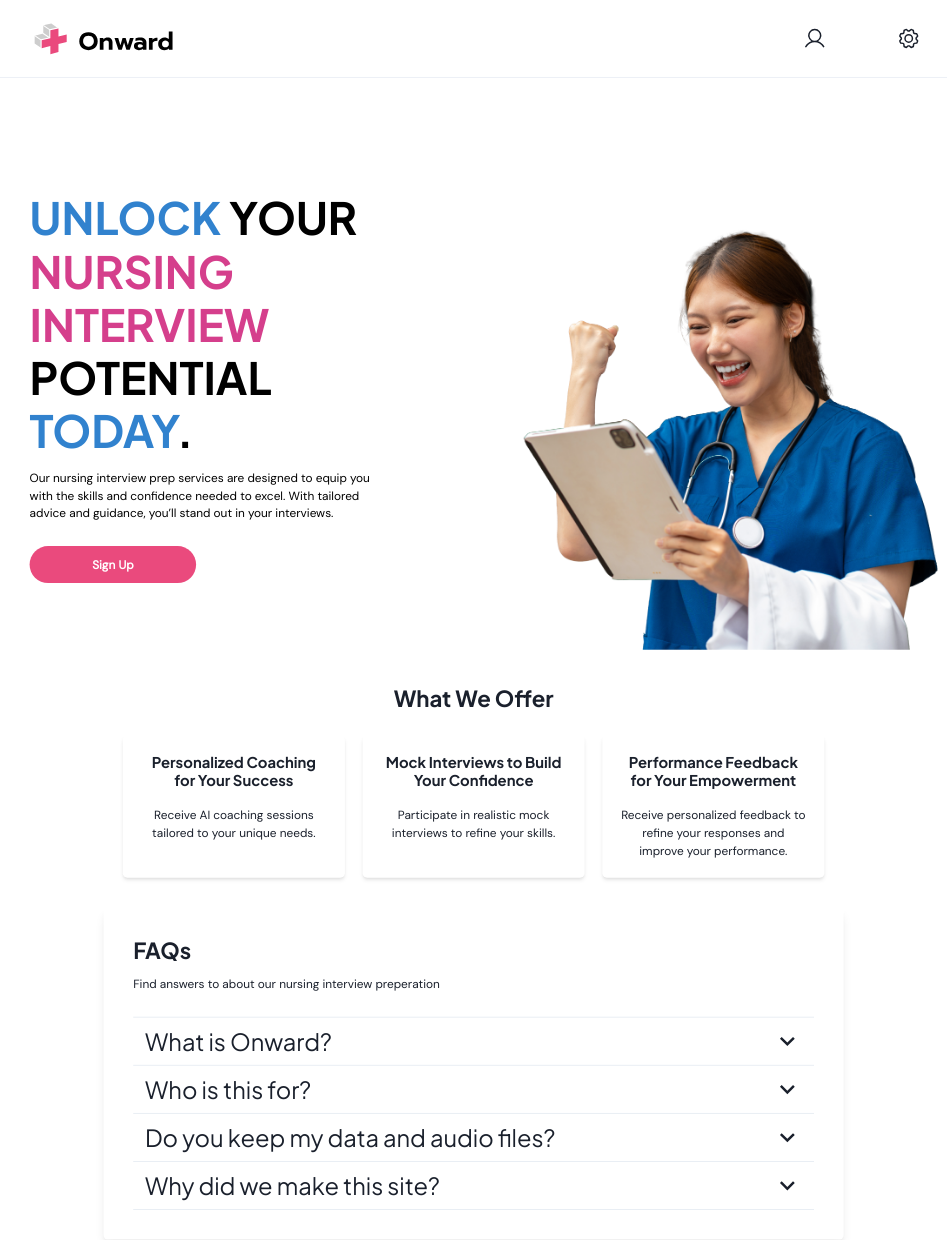
Repository: Aladdin3r/onward
Page: /landing-page
The author's editor kept a copy of each file at every save. The page is drawn from the files as they stood at one save, then again after the next save.
The browser window is 1280 px wide. The pictures show the whole page, at 74% of full size.
The project was rebuilt for these pictures with package versions that can differ from the ones it lists, and the page was loaded fresh each time. The framework's server and built-in components were replaced by stand-ins that run in the browser. Also part of the build but not shown: next.config.mjs, styles/components/AppTopNav.js, styles/components/Layout.js.

Above is the page before, as saved 2024-10-29 02:33:27.

### pages/_app.js
import { ChakraProvider } from "@chakra-ui/react";
import theme from "@/styles/theme";

function MyApp({ Component, pageProps }) {
  return (
    <ChakraProvider theme={theme}>
      <Component {...pageProps} />
    </ChakraProvider>
  );
}

export default MyApp;

### pages/_document.js
import { Html, Head, Main, NextScript } from "next/document";

export default function Document() {
  return (
    <Html lang="en">
      <Head>
        <link
          href="https://fonts.googleapis.com/css2?family=DM+Sans:wght@400&family=Plus+Jakarta+Sans:wght@400;600;700&display=swap"
          rel="stylesheet"
        />
      </Head>
      <body>
        <Main />
        <NextScript />
      </body>
    </Html>
  );
}

### pages/landing-page.js
import {
    Box,
    Flex,
    Heading,
    Text,
    Stack,
    Button,
    Accordion,
    AccordionItem,
    AccordionButton,
    AccordionPanel,
    AccordionIcon,
    Image
} from "@chakra-ui/react";
import Layout from "@/styles/components/Layout";
import TopNav from "@/styles/components/TopNav";
import AppTopNav from "@/styles/components/AppTopNav";
import { useRouter } from 'next/router';

export default function Home() {
    const router = useRouter();

    // Button action function
    const handleSignUp = () => {
        router.push('/signup'); // Navigate to the sign-up page
    };

    return (
        <>
            {/* Hero Section */}
            <TopNav />

                <Flex
                    mt="5rem"
                    p={2}
                    width="100%"
                    mb={0}
                    flexDirection="row"
                    alignItems="center"
                    justifyContent="space-between"
                    gap="2rem"  // Adds a gap between text and image
                >

                    <Flex
                        flexDirection="column" zIndex={1}
                        ml="8"
                    >
                        <Heading
                            fontFamily="heading"
                            fontSize="6xl"
                            fontWeight="bold"
                            width="88%"
                            mb={4}
                        >
                            <Text as="span" color="blue.500">UNLOCK </Text>
                            <Text as="span" color="black">YOUR </Text>
                            <Text as="span" color="pink.500">NURSING INTERVIEW </Text>
                            <Text as="span" color="black">POTENTIAL </Text>
                            <Text as="span" color="blue.500">TODAY</Text>
                            <Text as="span" color="black">. </Text>
                        </Heading>
                        <Text fontFamily="body" fontSize="x" color="black" mb={6} width="78%">
                            Our nursing interview prep services are designed to equip you with the skills and confidence needed to excel. With tailored advice and guidance, you’ll stand out in your interviews.
                        </Text>
                        <Button
                            mt="2"
                            bg="#EA4A7D"
                            color="#FFFFFF"
                            width="50%"
                            height="50px"
                            maxW="225px"
                            fontWeight="semibold"
                            fontSize="16px"
                            borderRadius="full"
                            px="6"
                            mb="6"
                        >
                            Sign Up
                        </Button>
                    </Flex>


                    <Box width="45%" flexShrink={0}>
                        <Image
                            src="/images/ipad-nurse.png"
                            alt="IPad Nurse"
                            width="100%"
                            height="auto"
                            objectFit="cover"


                        />
                    </Box>


                </Flex>







            {/* What We Offer Section */}
            <Box p={10} textAlign="center" >
                <Heading fontFamily="heading" fontSize="3xl" mb={8}>What We Offer</Heading>
                <Flex justify="center" gap={6}>
                    <Stack width="300px" borderRadius="md" boxShadow="md" p={6} textAlign="center">
                        <Heading fontFamily="heading" fontSize="xl" mb={4}>Personalized Coaching for Your Success</Heading>
                        <Text fontFamily="body">
                            Receive AI coaching sessions tailored to your unique needs.
                        </Text>
                    </Stack>
                    <Stack width="300px" borderRadius="md" boxShadow="md" p={6} textAlign="center">
                        <Heading fontFamily="heading" fontSize="xl" mb={4}>Mock Interviews to Build Your Confidence</Heading>
                        <Text fontFamily="body">
                            Participate in realistic mock interviews to refine your skills.
                        </Text>
                    </Stack>
                    <Stack width="300px" borderRadius="md" boxShadow="md" p={6} textAlign="center">
                        <Heading fontFamily="heading" fontSize="xl" mb={4}>Performance Feedback for Your Empowerment</Heading>
                        <Text fontFamily="body">
                            Receive personalized feedback to refine your responses and improve your performance.
                        </Text>
                    </Stack>
                </Flex>
            </Box>

            {/* FAQ Section */}
            <Box p={10} borderRadius="md" boxShadow="lg" maxW="1000px" mx="auto">
                <Heading fontFamily="heading" fontSize="3xl" textAlign="left" mb={4}>FAQs</Heading>
                <Text fontFamily="body" fontSize="s" textAlign="left" mb={8}>
                    Find answers to about our nursing interview preperation
                </Text>
                <Accordion allowToggle>
                    <AccordionItem>
                        <h2>
                            <AccordionButton>
                                <Box as="span" flex="1" textAlign="left" fontFamily="heading">What is Onward?</Box>
                                <AccordionIcon />
                            </AccordionButton>
                        </h2>
                        <AccordionPanel pb={4} fontFamily="body">
                            Onward is an AI-powered personal interview coach designed for nurses to enhance their job interview skills.
                        </AccordionPanel>
                    </AccordionItem>
                    <AccordionItem>
                        <h2>
                            <AccordionButton>
                                <Box as="span" flex="1" textAlign="left" fontFamily="heading">Who is this for?</Box>
                                <AccordionIcon />
                            </AccordionButton>
                        </h2>
                        <AccordionPanel pb={4} fontFamily="body">
                            This service is designed for nurses, especially those new to the Canadian healthcare system.
                        </AccordionPanel>
                    </AccordionItem>
                    <AccordionItem>
                        <h2>
                            <AccordionButton>
                                <Box as="span" flex="1" textAlign="left" fontFamily="heading">Do you keep my data and audio files?</Box>
                                <AccordionIcon />
                            </AccordionButton>
                        </h2>
                        <AccordionPanel pb={4} fontFamily="body">
                            Yes, we securely store data as per our privacy policy to enhance your interview coaching experience.
                        </AccordionPanel>
                    </AccordionItem>
                    <AccordionItem>
                        <h2>
                            <AccordionButton>
                                <Box as="span" flex="1" textAlign="left" fontFamily="heading">Why did we make this site?</Box>
                                <AccordionIcon />
                            </AccordionButton>
                        </h2>
                        <AccordionPanel pb={4} fontFamily="body">
                            Onward aims to empower nurses by providing interview preparation tools tailored to their needs.
                        </AccordionPanel>
                    </AccordionItem>
                </Accordion>
            </Box>
        </>
    );
}

### styles/theme.js
import { extendTheme } from "@chakra-ui/react";
import { theme as chakraTheme } from "@chakra-ui/react";
import Button from './components/Button';
import { Stepper } from "@chakra-ui/react";

const fonts = {
    ...chakraTheme.fonts,
    body: "DM Sans",
    heading: "Plus Jakarta Sans",
}

const overrides = {
    ...chakraTheme,
    fonts,
    components: {
        Button: {
            ...Button,
        },
    },
    fontWeights: {
        normal: 400,
        medium: 500,
        bold: 700,
    },
    fontSizes: {
        xxs: "14pt",
        xs: "16pt",
        sm: "20pt",
        md: "24pt",
        lg: "32pt",
    },
    colors: {
       brand: {
        blushPink: "#EA4A7D",
        pastelBlue: "#CBD5FF",
        blueberryCreme: "#EBEFFF",
        frostWhite: "#FAFAFA",
        nightBlack: "#1f1f1f",
        platinum: "#e2e2e2",
        confirmationGreen: "#61CD3D",
        imperialRed: "EA4A4D",
        canaryYellow: "#EAE84A",
        oceanBlue: "#214DDF",
        pureWhite: "#FFFFFF"
        }
    },
    styles: {
        global: {
            body: {
                bg: "frostWhite",
            },
        },
    },
}

const customTheme = extendTheme(overrides);

export default customTheme;

### styles/components/TopNav.js
'use client'
import {
    Box,
    Flex,
    useColorModeValue,
    IconButton,
    Image,
    Link,
} from "@chakra-ui/react";
import { User, Gear } from "@phosphor-icons/react";

export default function TopNav() {
    const bgColor = useColorModeValue('#fff', 'brand.nightBlack');

    return (
        <Box bg={bgColor} px={4} borderBottom="1px solid #E6EAF2">
            <Flex h={"104px"} alignItems={'center'} justifyContent={'space-between'}>
                <Box fontSize={{ base: 'md', md: 'lg' }}>
                    <Link href="/">
                        <Image src="logo.svg" boxSize="253px" alt="Onward Logo" style={{ padding: "30px" }} />
                    </Link>
                </Box>
                <Flex alignItems={'center'}>
                    <Link href="/user">
                        <IconButton
                            aria-label="User settings"
                            icon={<User />}
                            variant="ghost"
                            mr="55px"
                        />
                    </Link>
                    <Link href="/settings">
                        <IconButton
                            aria-label="Settings"
                            icon={<Gear />}
                            variant="ghost"
                        />
                    </Link>
                </Flex>
            </Flex>
        </Box>
    );
}

### styles/components/Button.js
const Button = {
    baseStyle: {
      display: 'flex',
      borderRadius: '999px',
      fontFamily: 'DM Sans',
      _hover: {
        boxShadow: '0px 4px 4px 0px rgba(0, 0, 0, 0.45)',
      },
      padding: 3,
    },
    sizes: {
      xs: {
        fontSize: ['12pt', '14pt', '16pt'], // Responsive font sizes for xs
        px: [2, 3], // Responsive padding
      },
      sm: {
        fontSize: ['14pt', '16pt', '20pt'],
        px: [2, 4],
      },
      md: {
        fontSize: ['16pt', '20pt', '24pt'],
        px: [3, 5],
      },
      lg: {
        fontSize: ['20pt', '28pt', '32pt'],
        px: [4, 6],
      },
    },
    variants: {
      lgPrimary: {
        bg: 'brand.blushPink',
        color: 'brand.frostWhite',
        width: ['100%', '325px'], // 100% width on smaller screens
        height: '72px',
        fontSize: ['20pt', '28pt', '32pt'], // Responsive font size
        borderRadius: '999px',
      },
      mdPrimary: {
        bg: 'brand.blushPink',
        color: 'brand.frostWhite',
        width: ['100%', '225px'],
        height: '72px',
        fontSize: ['16pt', '20pt', '24pt'],
        borderRadius: '999px',
      },
      smPrimary: {
        bg: 'brand.blushPink',
        color: 'brand.frostWhite',
        width: ['100%', '150px'],
        height: '64px',
        fontSize: ['14pt', '16pt', '20pt'],
        borderRadius: '999px',
      },
      xsPrimary: {
        bg: 'brand.blushPink',
        color: 'brand.frostWhite',
        width: ['100%', '117px'],
        height: '32px',
        fontSize: ['12pt', '14pt', '18pt'],
        borderRadius: '999px',
      },
      lgSecondary: {
        bg: 'brand.platinum',
        color: 'brand.nightBlack',
        width: ['100%', '325px'],
        height: '72px',
        fontSize: ['20pt', '28pt', '32pt'],
        borderRadius: '999px',
        _hover: {
          bg: 'brand.blushPink',
          color: 'brand.frostWhite',
          boxShadow: '0px 4px 4px 0px rgba(0, 0, 0, 0.45)',
        },
      },
      mdSecondary: {
        bg: 'brand.platinum',
        color: 'brand.nightBlack',
        width: ['100%', '225px'],
        height: '72px',
        fontSize: ['16pt', '20pt', '24pt'],
        borderRadius: '999px',
        _hover: {
          bg: 'brand.blushPink',
          color: 'brand.frostWhite',
          boxShadow: '0px 4px 4px 0px rgba(0, 0, 0, 0.45)',
        },
      },
      smSecondary: {
        bg: 'brand.platinum',
        color: 'brand.nightBlack',
        width: ['100%', '150px'],
        height: '64px',
        fontSize: ['14pt', '16pt', '20pt'],
        borderRadius: '999px',
        _hover: {
          bg: 'brand.blushPink',
          color: 'brand.frostWhite',
          boxShadow: '0px 4px 4px 0px rgba(0, 0, 0, 0.45)',
        },
      },
      xsSecondary: {
        bg: 'brand.platinum',
        color: 'brand.nightBlack',
        width: ['100%', '117px'],
        height: '32px',
        fontSize: ['12pt', '14pt', '18pt'],
        borderRadius: '999px',
        _hover: {
          bg: 'brand.blushPink',
          color: 'brand.frostWhite',
          boxShadow: '0px 4px 4px 0px rgba(0, 0, 0, 0.45)',
        },
      },
    },
  };

  export default Button;

### styles/components/SideNav.js
import { useState } from "react";
import PropTypes from "prop-types";
import Link from "next/link";
import { Box, Flex, Text, VStack, Image } from "@chakra-ui/react";
import { ChalkboardTeacher, ClockCounterClockwise, UserSound, Presentation, User, Gear } from "@phosphor-icons/react";

// Define each variant and associated icon, label, and path(s)
const variants = {
  default: {
    label: "Dashboard",
    icon: <UserSound size={32} />,
    path: "/"
  },
  variant2: {
    label: "Mock Interview",
    icon: <ChalkboardTeacher size={32} />,
    path: "/mock-interview"
  },
  variant3: {
    label: "Practice Interview",
    icon: <Presentation size={32} />,
    path: [
      "/practice-interview",
      "/practice-interview-filter",
      "/practice-interview-questions",
      "/practice-interview-answer",
      "/practice"
    ]
  },
  variant4: {
    label: "History",
    icon: <ClockCounterClockwise size={32} />,
    path: "/history"
  },
};

// Define the bottom section items with default values
const defaultBottomVariants = {
  account: {
    label: "Account",
    icon: <User size={18} />,
    path: "/account"
  },
  settings: {
    label: "Settings",
    icon: <Gear size={18} />,
    path: "/settings"
  },
  signOut: {
    label: "Sign Out",
    icon: null,
    path: "/"
  }
};

// Main SideNavBar component
export const SideNavBar = ({ activeVariant, bottomVariants = defaultBottomVariants }) => {
  return (
    <Flex
      bg="brand.blueberryCreme"
      height="100vh"
      width="280px"
      position="fixed"
      flexDir="column"
    >
      {/* logo box */}
      <Box fontSize={{ base: 'sm', md: 'md' }} mt="1rem">
        <Link href="/">
          <Image src="logo.svg" alt="Onward Logo" style={{ padding: "0.6rem" }} width="100%" />
        </Link>
      </Box>

      {/* nav menu */}
      <Box mt="1.5rem" overflow="hidden">
        <VStack align="flex-start" spacing={2} width="100%" ml="10%">
          {variants && Object.keys(variants).map((variant) => {
            const isActive = activeVariant === variant;
            return (
              <Link href={Array.isArray(variants[variant].path) ? variants[variant].path[0] : variants[variant].path} key={variant} passHref>
                <Flex
                  align="center"
                  cursor="pointer"
                  width="280px"
                  bg={isActive ? "brand.blushPink" : "none"} // Active background
                  color={isActive ? "brand.frostWhite" : "initial"} // Active text color
                  p={3}
                  borderLeftRadius="26px"
                  transition="transform 0.5s ease-in-out, background-color 0.4s, color 0.4s"
                  _hover={{
                    bg: "brand.blushPink",
                    color: "brand.frostWhite",
                    borderRadius: "26px 0 0 26px",
                    transition: "background-color 0.3s, transform 0.3s",
                  }}
                >
                  <Box pl={isActive ? "5rem" : 0} mr={4}>
                    {variants[variant].icon}
                  </Box>
                  <Text fontFamily="body" fontSize="18px" fontWeight="bold">
                    {variants[variant].label}
                  </Text>
                </Flex>
              </Link>
            );
          })}
        </VStack>
      </Box>

      {/* Bottom Section for Account, Settings, and Sign Out Links */}
      <Box mb={2} mt="13rem" width="100%">
        <VStack width="100%" align="flex-end">
          {bottomVariants && Object.keys(bottomVariants).map((variant) => {
            const isActive = activeVariant === variant;
            return (
              <Link
                href={bottomVariants[variant].path}
                key={variant}
                passHref
              >
                <Flex
                  align="center"
                  cursor="pointer"
                  width="100%"
                  height="1.3rem"
                  bg={isActive ? "brand.blushPink" : "none"} // Active background
                  color={isActive ? "brand.frostWhite" : "initial"} // Active text color
                  borderRadius="md"
                  pr="1.5rem"
                  transition="transform 0.3s ease-in-out, background-color 0.3s, color 0.3s"
                  _hover={{
                    color: "brand.blushPink",
                    borderRadius: "26px 0 0 26px",
                    transition: "background-color 0.3s, transform 0.3s",
                  }}
                >

                  <Box mr={3}>
                    {bottomVariants[variant].icon}
                  </Box>
                  <Text fontFamily="body" fontSize="18px" fontWeight="regular" textAlign="left"
                    textDecoration={variant === 'signOut' ? 'underline' : 'none'}
                  >
                    {bottomVariants[variant].label}
                  </Text>
                </Flex>
              </Link>
            );
          })}
        </VStack>
      </Box>
    </Flex>
  );
};

SideNavBar.propTypes = {
  activeVariant: PropTypes.oneOf(["variant4", "variant2", "variant3", "default"]),
  bottomVariants: PropTypes.object, // Define bottomVariants as an optional object
};

SideNavBar.defaultProps = {
  bottomVariants: {},
};

After the next save:
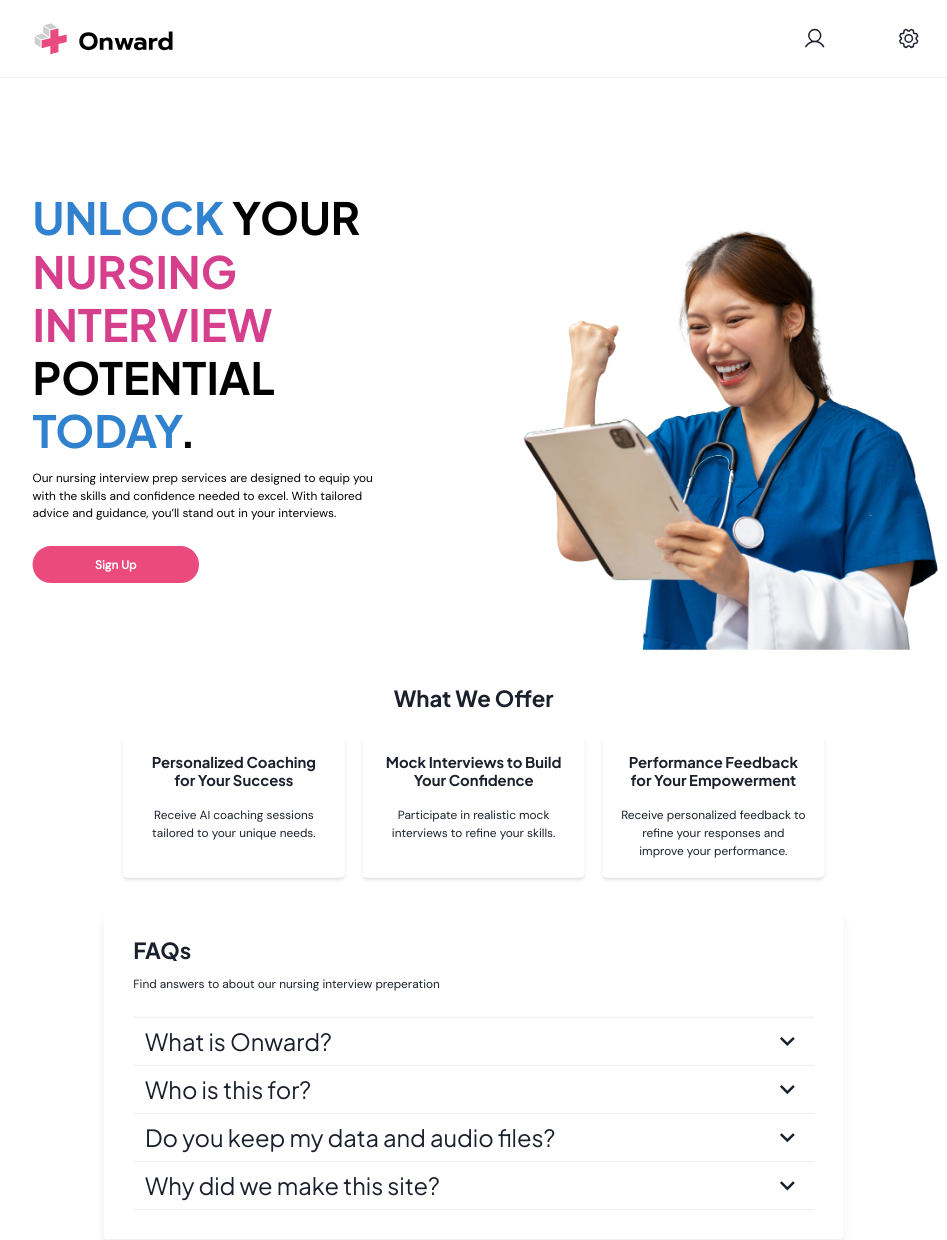
Saved 4 s later.
--- a/pages/landing-page.js
+++ b/pages/landing-page.js
@@ -43,7 +43,7 @@ export default function Home() {
 
                     <Flex
                         flexDirection="column" zIndex={1}
-                        ml="8"
+                        ml="9"
                     >
                         <Heading
                             fontFamily="heading"
